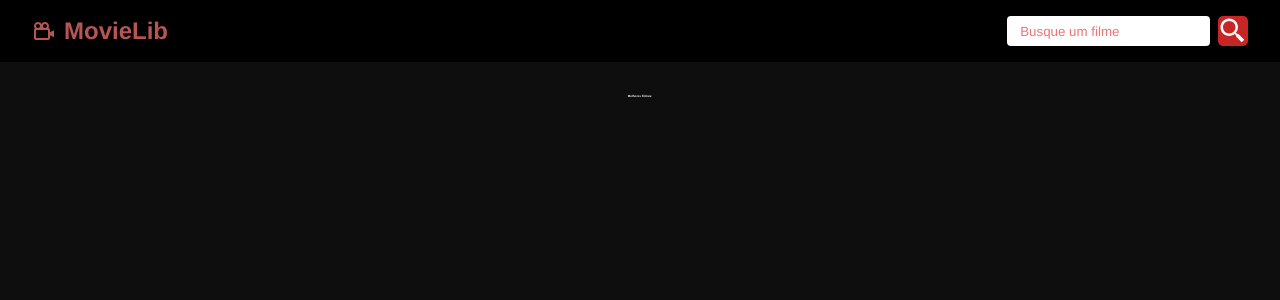
Repository: gustavo-eng/MovieLib
Page: /
These files come from the project's save history. The page is drawn as it stood at one moment and after the next save; the edit follows.
The browser window is 1280 px wide. The pictures show the whole page.
The page's requests for data from a server got no answer. The project was rebuilt for these pictures with package versions that can differ from the ones it lists, and the page was loaded fresh each time. No one was signed in, and anything a server would have sent is missing. Also part of the build but not shown: vite.config.js, src/Pages/Movie.jsx, src/Components/MovieCard.jsx, src/Pages/Search.jsx.

Above is the page before, as saved 2023-01-02 21:13:02.

### src/main.jsx
import React from 'react'
import ReactDOM from 'react-dom/client'

import './index.css'

import {BrowserRouter, Routes,  Route } from 'react-router-dom'

import App from './App'
import Movie from './Pages/Movie'
import Home from './Pages/Home'
import Search from './Pages/Search'

ReactDOM.createRoot(document.getElementById('root')).render(
  <React.StrictMode>
    <BrowserRouter>
      <Routes>
        <Route element={<App />}>
          <Route path='/' element={<Home/>}/>
          <Route path='movie/:id' element={<Movie />}/>
          <Route path='search' element={<Search />}/>
        </Route>
      </Routes>
    </BrowserRouter>
  </React.StrictMode>,
)

### src/index.css
* {
  font-family: 'Franklin Gothic Medium', 'Arial Narrow', Arial, sans-serif;
  margin: 0;
  padding: 0;
  box-sizing: border-box;
}

body {
  background-color: rgb(14, 14, 14);
  color: white;
}

a {
  text-decoration: none;
  color: rgb(183, 84, 84);
  transition: .3s;
}

a:hover {
  color: rgb(137, 42, 42) ;
}

### src/App.jsx
import { useState } from 'react'
import React from 'react'

//Rotas
import { Link, Outlet } from 'react-router-dom'

//Components
import Navbar from './Components/Navbar'

function App() {
  const [count, setCount] = useState(0)

  return (
    <div className="App">
      <Navbar />
      <Outlet />
    </div>
  )
}

export default App

### src/Pages/Home.jsx
import React from "react";
import { useState } from "react";
import { useEffect } from "react";

//Components
import MovieCard from "../Components/MovieCard";

//URL Api
const moviesURL = import.meta.env.VITE_API;
const apiKey = import.meta.env.VITE_API_KEY;

//CSS
import '../Components/MovieCard.css'


const Home = () => {
    const [topFilmes, setTopFilmes] = useState([])

    const getTopFilmes = async (url) => {
        const res = await fetch(url)
        const data = await res.json()

        console.warn(data.results)
        setTopFilmes(data.results)

    }

    useEffect(() => {
        const topRateUrl = `${moviesURL}top_rated?${apiKey}`
        getTopFilmes(topRateUrl)
        console.log(topRateUrl)
    }, [])


    return (
        <div className="container">
            <h2 className="title"> Melhores Filmes: </h2>
            <div className="movies-container">
                {topFilmes ? topFilmes.map((filme) => <MovieCard movie={filme} key={filme.id}/>) : null}
            </div>
        </div>
    )
}

export default Home;

### src/Components/Navbar.jsx
import React from "react";

import { useState } from "react";
//Rotas
import { Link, useNavigate } from "react-router-dom";

//css
import './NavBar.css'


//Icons
import {BiCameraMovie, BiSearchAlt2} from 'react-icons/bi'

const Navbar = () => {

    const [search, setSearch] = useState()

    const navigate = useNavigate();

    const submissao = (e) => {
        e.preventDefault()
        console.log(search)
        if (!search) {
            return
        } else {
            navigate(`/search?q=${search}`)
            setSearch('')
        }
    }

    return (
       <nav id="navbar">
            <h2>
                <Link to={'/'}><BiCameraMovie /> MovieLib </Link>
            </h2>
            <form onSubmit={submissao} >
                <input type="text" placeholder="Busque um filme"
                    onChange={(e) => setSearch(e.target.value)}
                    value={search}
                />
                <button type="submit"> <BiSearchAlt2 /></button>
            </form>
       </nav>
    )
}

export default Navbar;

### src/Components/MovieCard.css
.container .title {
    color: white;
    font-size: 3px;
    text-align: center;
    margin:  2rem 0 1rem;
}

.title .query-text {
    color: rgb(215, 66, 66);
}


.movies-container {
    display: flex;
    flex-wrap: wrap;
    justify-content: space-around;
    padding: 2rem;
    max-width: 1180px;
    margin: 0 auto;
}


.movies-container div {
    width: 30%;
    color: white;
    margin-bottom: 2.5rem;
    display: flex;
    flex-direction: column;
    justify-content: space-between;
    background-color: rgb(67, 67, 67);
    border-radius: 3.8px;
    padding: 1.89px;
}


.movies-container div img {
    max-width: 100%;
}

.movies-container div img,
.movies-container div h2,
.movies-container div p {
    margin-bottom: 9px;
}


.movies-container div svg {
    color: yellow;
}

.movies-container div a {
    display: flex;
    /* background-color: rgb(200, 38, 38); */
    color: rgb(252, 252, 252);
    border-radius: 5px;
    font-size: 20px;
    border-width: 0px;
    cursor: pointer;
    align-items: center;
    transition: .8s;
    /* Detalhes */
    color: rgb(0, 0, 0);
    padding: 3px;

}

.movies-container div a:hover {
    background-color: rgb(41, 41, 41);
    color: rgb(174, 174, 174);
    border-radius: 5px;
}

### src/Components/NavBar.css


#navbar {
    display: flex;
    justify-content: space-between;
    align-items: center;
    padding: 1rem 2rem;
    background-color: rgb(0, 0, 0);
}


#navbar h2 a {
    display: flex;
    align-items: center;
    gap: 0.5rem;
}


#navbar form {
    display: flex;
    gap: .5rem;
}

#navbar input {
    padding: 0.2rem 0.8rem;
    border-radius: 4px;
    border: none;
    outline: none;

}

#navbar input:hover {
    background-color: rgb(249, 246, 246);
}

#navbar input::placeholder {
    color: rgb(241, 115, 115);
    font-weight: 200;
}

#navbar form button {
    display: flex;
    background-color: rgb(200, 38, 38);
    color: rgb(252, 252, 252);
    border-radius: 5px;
    font-size: 30px;
    border-width: 0px;
    cursor: pointer;
    align-items: center;
    transition: .8s;
}

#navbar form button :hover {
    background-color: rgb(101, 7, 7);
    color: rgb(174, 174, 174);
    border-radius: 5px;
}

Loaded but not shown: index.html (common file)

After the next save:
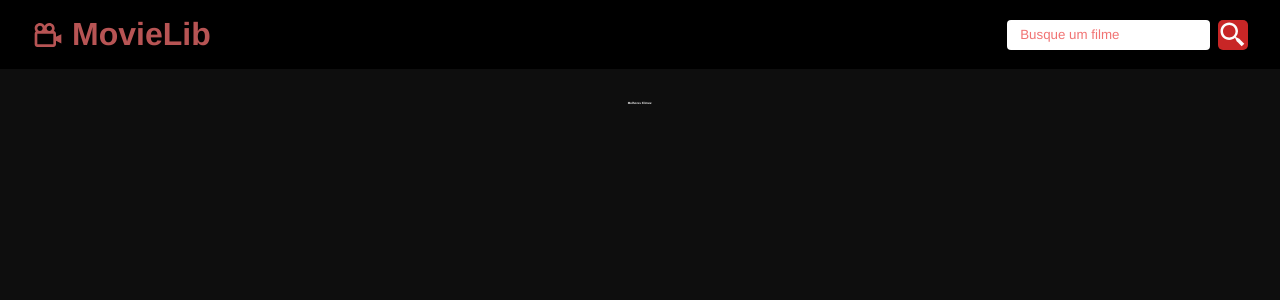
Saved 59 s later.
--- a/src/Components/MovieCard.css
+++ b/src/Components/MovieCard.css
@@ -69,3 +69,8 @@
     color: rgb(174, 174, 174);
     border-radius: 5px;
 }
+
+
+h2 {
+    font-size:  32px;
+}
